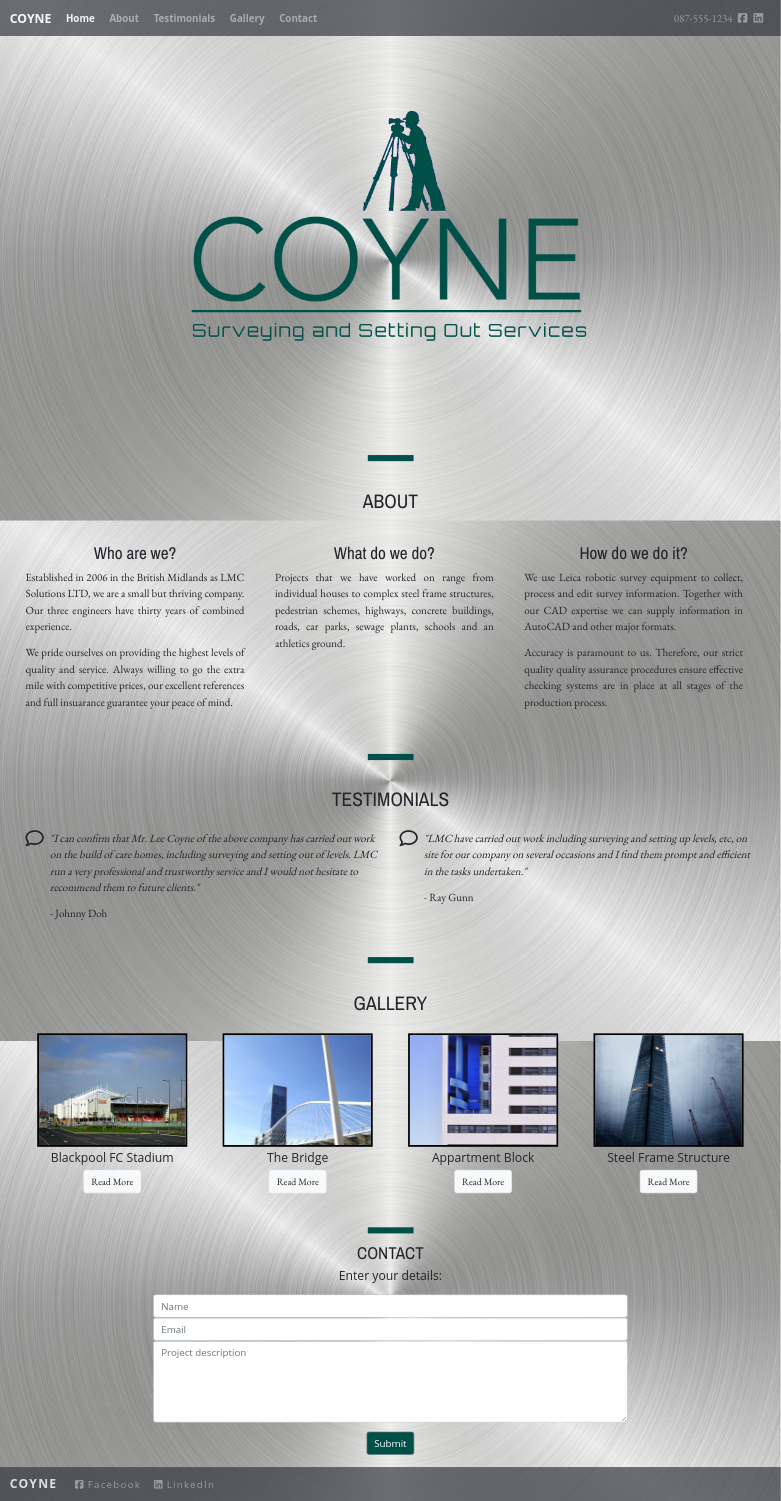
Repository: Leo-Cullen/first-milestone-project
Page: index.html
The author's editor kept a record of every edit. The page is drawn from the files as they stood at one moment, then again after the next edit.
The browser window is 1280 px wide. The pictures show the whole page, at 61% of full size.
Backgrounds fixed to the window are drawn as part of the page. Some web libraries are served in a nearby version.

Above is the page before.

### index.html
<!DOCTYPE html>
<html lang="en">

<head>
    <meta charset="UTF-8">
    <meta name="viewport" content="width=device-width, initial-scale=1.0">
    <meta http-equiv="X-UA-Compatible" content="ie=edge">
    <link rel="stylesheet" href="https://stackpath.bootstrapcdn.com/bootstrap/4.3.1/css/bootstrap.min.css" integrity="sha384-ggOyR0iXCbMQv3Xipma34MD+dH/1fQ784/j6cY/iJTQUOhcWr7x9JvoRxT2MZw1T" crossorigin="anonymous">
    <link href="https://fonts.googleapis.com/css?family=Archivo+Narrow|EB+Garamond&display=swap" rel="stylesheet">
    <link rel="stylesheet" href="assets/css/style.css" type="text/css" />
    <title>Coyne | Surveying and setting out services</title>
    <script src="https://kit.fontawesome.com/c525f812d6.js"></script>
</head>

<body>

    <nav class="navbar top-navbar navbar-expand-sm navbar-dark bg-dark fixed-top">
        <a class="navbar-brand" href="#"> COYNE </a>

        <button class="navbar-toggler" type="button" data-toggle="collapse" data-target="#navbarNav" aria-controls="navbarNav" aria-expanded="false" aria-label="Toggle navigation">
            <span class="navbar-toggler-icon"></span>
        </button>
        <div class="collapse navbar-collapse" id="navbarNav">
            <ul class="navbar-nav mr-auto">
                <li class="nav-item active">
                    <a class="active nav-link mr-2" href="#">Home <span class="sr-only">(current)</span></a>
                </li>
                <li class="nav-item mr-2">
                    <a class="nav-link" href="#about">About</a>
                </li>
                <li class="nav-item mr-2">
                    <a class="nav-link" href="#testimonials">Testimonials</a>
                </li>
                <li class="nav-item mr-2">
                    <a class="nav-link" href="#gallery-anchor">Gallery</a>
                </li>
                <li class="nav-item mr-2">
                    <a class="nav-link" href="#contact">Contact</a>
                </li>
            </ul>
            <div class="d-none d-md-block">
                <p class="navbar-text my-auto mr-2">087-555-1234 <i class="fab fa-facebook-square icon"></i><i class="fab fa-linkedin icon"></i></p>
            </div>
        </div>
    </nav>

    <div class="container-fluid  splash-container">
        <div class="row">
            <div class="col-12">
               <section class="splash jumbotron">
                    <img src="assets/images/coyne-logo.png" width="100%" height="100%" style="margin-top:100px" />
                    <!--  -->
                </section>
            </div>
        </div>
    </div>

    <div class="container-fluid about-container content-container">
        <!-- About section -->
        <hr id="about" />
        <section class="about-section">
            <div class="row">
                <div class="col-12 page-header">
                    <h2 class="text-uppercase section-heading">About</h2>
                </div>
            </div>
            <div class="row">
                <div class="col-12 col-md-6 col-lg-4">
                    <div class="about-col">
                        <h3 class="about-heading">Who are we?</h3>
                        <p>Established in 2006 in the British Midlands as LMC Solutions LTD, we are a small but thriving company. Our three engineers have thirty years of combined experience.</p>
                        <p>We pride ourselves on providing the highest levels of quality and service. Always willing to go the extra mile with competitive prices, our excellent references and full insuarance guarantee your peace of mind.</p>
                    </div>
                </div>
                <div class="col-12 col-md-6 col-lg-4">
                    <div class="about-col">
                        <h3 class="about-heading">What do we do?</h3>
                        <p>Projects that we have worked on range from individual houses to complex steel frame structures, pedestrian schemes, highways, concrete buildings, roads, car parks, sewage plants, schools and an athletics ground.</p>
                    </div>
                </div>
                <div class="col-12 col-md-6 col-lg-4">
                    <div class="about-col">
                        <h3 class="about-heading">How do we do it?</h3>
                        <p>We use Leica robotic survey equipment to collect, process and edit survey information. Together with our CAD expertise we can supply information in AutoCAD and other major formats.</p>
                        <p>Accuracy is paramount to us. Therefore, our strict quality quality assurance procedures ensure effective checking systems are in place at all stages of the production process.</p>
                    </div>
                </div>
            </div>
        </section>
        <!-- / About section -->
    </div>
    <!-- / About container -->

    <div class="container-fluid testimonials-container content-container">
        <!-- Testimonials section -->
        <hr id="testimonials" />
        <section class="testimonials">
            <div class="row">
                <div class="col-12 page-header">
                    <h2 class="text-uppercase section-heading">Testimonials</h2>
                </div>
            </div>
            <div class="row">
                <div class="col-12 col-md-6">
                    <div class="media">
                        <i class="far fa-comment" class="mr-3"></i>
                        <blockquote class="blockquote">
                            <p class="quote">"I can confirm that Mr. Lee Coyne of the above company has carried out work on the build of care homes, including surveying and setting out of levels. LMC run a very professional and trustworthy service and I would not hesitate
                                to recommend them to future clients."</p>
                            <p>- Johnny Doh</p>
                        </blockquote>
                    </div>
                </div>
                <div class="col-12 col-md-6">
                    <div class="media">
                        <i class="far fa-comment" class="mr-3"></i>
                        <blockquote class="blockquote">
                            <p class="quote">"LMC have carried out work including surveying and setting up levels, etc, on site for our company on several occasions and I find them prompt and efficient in the tasks undertaken."</p>
                            <p>- Ray Gunn</p>
                        </blockquote>
                    </div>
                </div>
            </div>
        </section>
        <!-- / Testimonials section -->
    </div>
    <!-- / Testimonials container -->

    <!-- Gallery container -->
    <div class="container-fluid gallery-container content-container">
        <hr id="gallery-anchor" />
        <section class="gallery">
            <div class="row">
                <div class="col-12 page-header">
                    <h2 class="text-uppercase section-heading">Gallery</h2>
                </div>
            </div>
            <div class="row">
                <div class="col-md-6 col-xl-3">
                    <img class="img-responsive" src="assets/images/blackpool-fc.jpg" />
                    <h5>Blackpool FC Stadium</h5>
                    <p><a class="btn btn-small btn-light" href="#">Read More</a></p>
                </div>
                <div class="col-md-6 col-xl-3">
                    <img class="img-responsive" src="assets/images/bridge-640x480.jpg" />
                    <h5>The Bridge</h5>
                    <p><a class="btn btn-small btn-light" href="#">Read More</a></p>
                </div>
                <div class="col-md-6 col-xl-3">
                    <img class="img-responsive" src="assets/images/appartments-640x480.jpg" />
                    <h5>Appartment Block</h5>
                    <p><a class="btn btn-small btn-light" href="#">Read More</a></p>
                </div>
                <div class="col-md-6 col-xl-3">
                    <img class="img-responsive" src="assets/images/skyscraper-640x480.jpg" />
                    <h5>Steel Frame Structure</h5>
                    <p><a class="btn btn-small btn-light" href="#">Read More</a></p>
                </div>
            </div>
        </section>
    </div>
    <!-- / Gallery container -->

    <!-- Contact container -->
    <div class="container-fluid contact-container content-container">
        <hr id="contact" />
        <section class="contact-section">
        <div class="row bg-color-contact">
            <div class="col">
                <h3 class="contact-heading uppercase text-center">CONTACT</h3>
                <h5 class="uppercase text-center">Enter your details:</h5>

                <div class="center-form">
                    <form>
                        <input type="text" name="name" id="fullname" class="form-control" placeholder="Name" required />
                        <input type="email" name="email" id="emailaddress" class="form-control" placeholder="Email" required />
                        <textarea rows="5" name="projectsummary" id="projectsummary" class="form-control" placeholder="Project description" required></textarea>
                        <div class="form-row text-center">
                            <div class="col">
                                <button type="submit" class="btn btn-secondary">Submit</button>
                            </div>
                        </div>
                    </form>
                </div>

            </div>
        </div>

    </section>
    </div>
    <!-- / Contact container -->

    <!-- Footer -->
    <nav class="navbar bottom-navbar navbar-expand-sm navbar-dark bg-dark">
        <a class="navbar-brand" href="#">COYNE</a>

        <ul class="navbar-nav mr-auto">
            <li class="nav-item">
                <a class="nav-link" href="#"><i class="fab fa-facebook-square icon"></i>Facebook</a>
            </li>
            <li class="nav-item">
                <a class="nav-link" href="#"><i class="fab fa-linkedin icon"></i>LinkedIn</a>
            </li>
            <li class="nav-item">
                <a class="nav-link disabled" href="#"></a>
            </li>
        </ul>
    </nav>
    <!-- / Footer -->

    <script src="https://code.jquery.com/jquery-3.3.1.slim.min.js" integrity="sha384-q8i/X+965DzO0rT7abK41JStQIAqVgRVzpbzo5smXKp4YfRvH+8abtTE1Pi6jizo" crossorigin="anonymous"></script>
    <script src="https://cdnjs.cloudflare.com/ajax/libs/popper.js/1.14.7/umd/popper.min.js" integrity="sha384-UO2eT0CpHqdSJQ6hJty5KVphtPhzWj9WO1clHTMGa3JDZwrnQq4sF86dIHNDz0W1" crossorigin="anonymous"></script>
    <script src="https://stackpath.bootstrapcdn.com/bootstrap/4.3.1/js/bootstrap.min.js" integrity="sha384-JjSmVgyd0p3pXB1rRibZUAYoIIy6OrQ6VrjIEaFf/nJGzIxFDsf4x0xIM+B07jRM" crossorigin="anonymous"></script>

</body>

</html>

### assets/css/style.css
body,html {
    height: 100%;
    width:100%;
    margin: 0px;
}

body {
    font-family: "Open Sans", sans-serif;
    background: url(../images/circular-metal-960x720.jpg) no-repeat center center fixed;
    -webkit-background-size: cover;
    -moz-background-size: cover;
    -o-background-size: cover;
    background-size: cover;


    overflow-x: hidden; /* remove horizontal scrollbar */
}

h1,h2,h3 {
    font-family: 'Archivo Narrow', sans-serif;
}

p {
    font-family: 'EB Garamond', serif;
    font-size: large;
}

.icon {
    margin: 0 5px 0;
}

/*------------------------------------------------------------------- navbar */

.navbar {
    opacity: 0.7;
}

.navbar-brand {
    font-weight: bold;
}

.top-navbar a {
    font-weight: bold;
}

.navbar-toggler {
    background-color: #005048;
}

/*-------------------------------------------------------------------general styles */

.page-header {
    margin-top: 0;
    margin-bottom: 0;
    text-align: center;
}

.page-header h2 {
    margin-top: 30px;
    margin-bottom: 30px;
}

hr {
    width: 75px;
    height: 10px;
    border: 0;
    background-color: #005048; /* dark green */
}

.section-heading {
    text-align: center;
}

.content-container {
    margin-bottom: 20px;
    margin: 0 auto;
    max-width: 95%; /* keep all content within screen  */
}

/*------------------------------------------------------------------- splash */

.splash-container {
     height: 100vh;
    display: flex;
    align-items: center;
    justify-content: center;
    position: relative;
}


.jumbotron {
   background-color: transparent;
   margin: 0;
}

/*------------------------------------------------------------------- about */

.about-container {
    margin-top: 00px;
    padding: 10px;
}

.about-col {
    padding-top: 20px;
    padding-right: 20px;
}

.about-heading {
    text-align: center;
}

.about-col p {
    text-align: justify;
}

/*-------------------------------------------------------------------testimonials */

.testimonials-container {
    margin-top: 20px;
    padding: 10px;
}

.quote {
    font-style: italic;
}

.testimonials i {
    font-size: 30px;
    margin-right: 10px;
}

/*-------------------------------------------------------------------gallery */

.gallery-container {
    text-align: center;
}

.gallery-container img {
    border: solid 3px #000;
}

.gallery-container h5 {
    padding-top: 6px;
}

.gallery-container p {
    margin-bottom: 30px;
}

/*-------------------------------------------------------------------contact */

.contact-container {
    padding: 10px;
    text-align: center;
    padding-bottom: 0;
}

.img-responsive {
    max-width: 90%;
}

.contact-container i {
    font-size: 20px;
}

.contact-container p {
    font-size: 24px;
    letter-spacing: 2px;
}

.center-form {
    padding-top: 10px;
    margin: 0 auto;
    max-width: 65%;
}

button[type="submit"] {
    margin-top: 15px;
    margin-bottom: 20px;
    background-color: #005048;
}

.bottom-navbar {
    margin: 0;
    letter-spacing: 2px;
}

After the next edit:
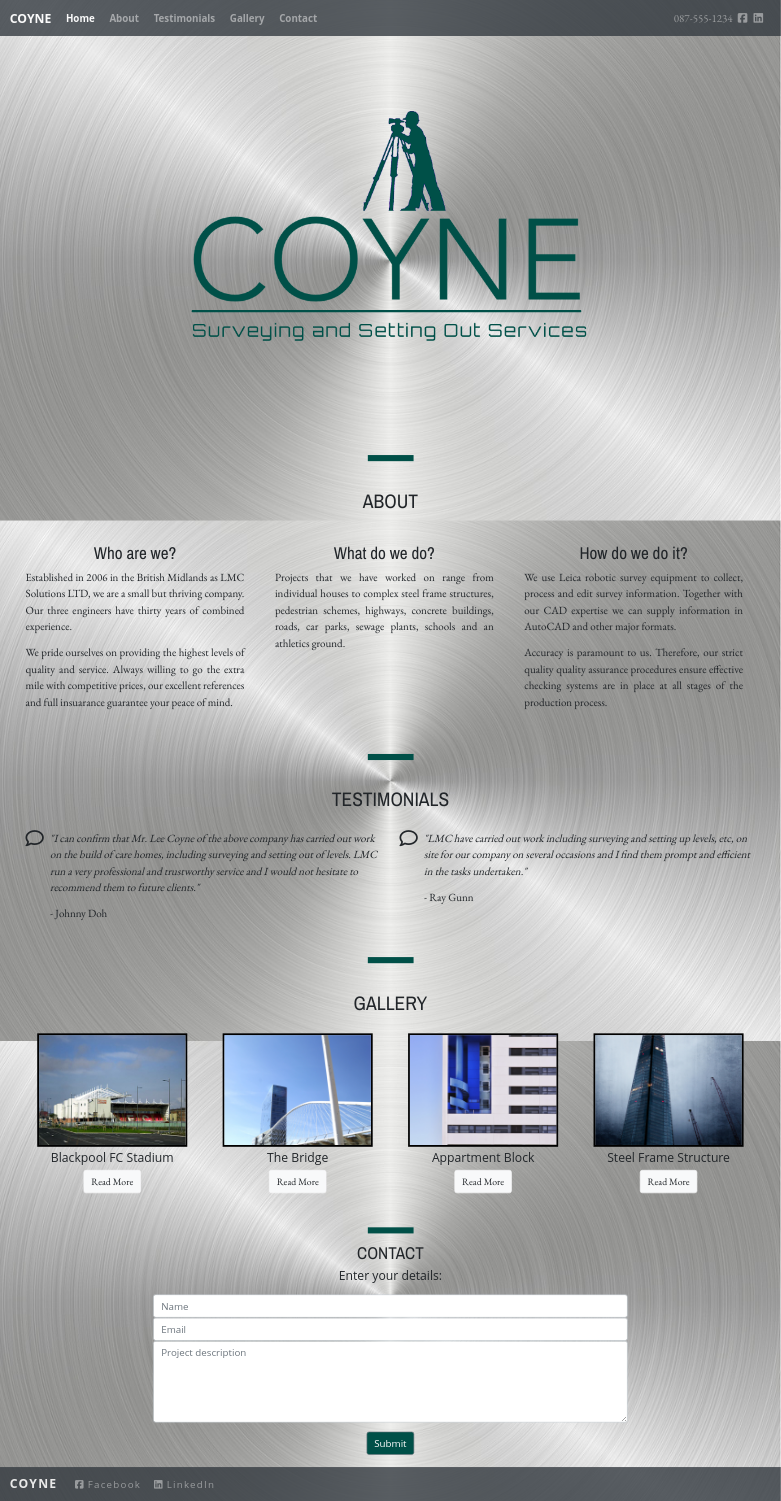
The edit:
--- a/assets/css/style.css
+++ b/assets/css/style.css
@@ -32,7 +32,7 @@
 /*------------------------------------------------------------------- navbar */
 
 .navbar {
-    opacity: 0.7;
+    opacity: 0.8;
 }
 
 .navbar-brand {
